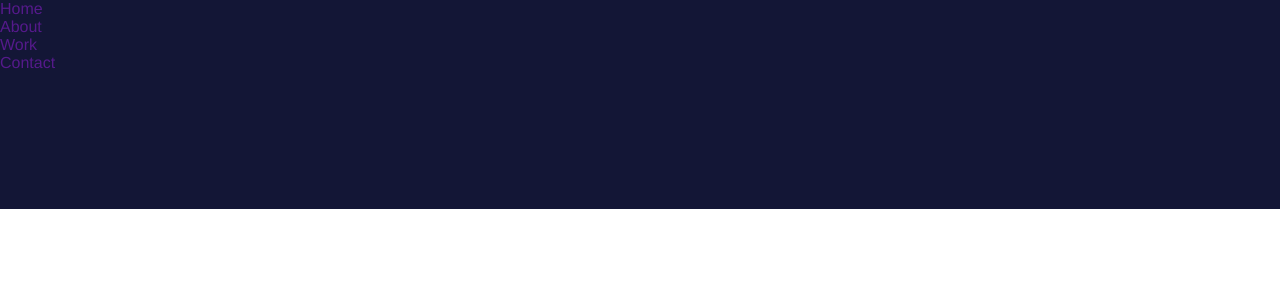
Repository: keloriane/animation-live
Page: /
An editor plug-in stored every save of this project. The page is shown before and after the next save, followed by the edit.
The browser window is 1280 px wide. The pictures show the whole page.
The project was rebuilt for these pictures with package versions that can differ from the ones it lists, and the page was loaded fresh each time.

Above is the page before, as saved 2020-02-18 10:24:20.

After the next save:
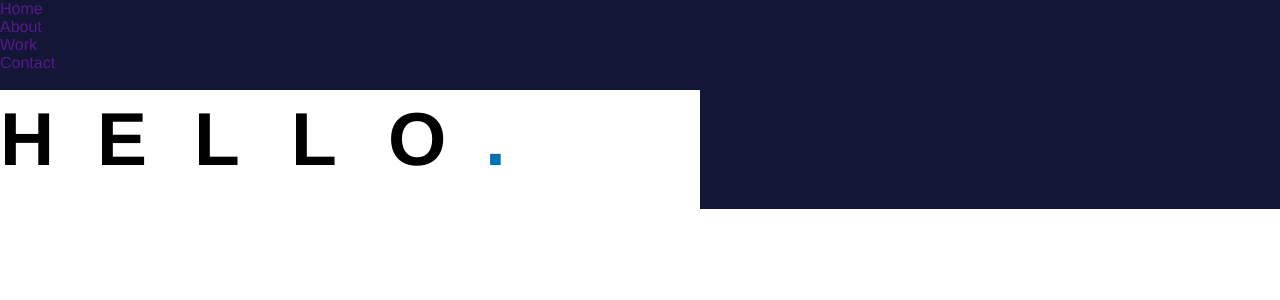
Saved 47 s later.
--- a/src/views/Home.js
+++ b/src/views/Home.js
@@ -15,7 +15,7 @@ const Home = () => {
         tl
         .from(titleWrapper, .6, {x:"-100%",delay:0.5, ease:"expo.inOut"})
         .staggerFrom(letter, .8,{y:100,  ease:"back.inOut(2.9)" },0.1)
-        .to(titleWrapper, .6, {x:"-100%",delay:0.5, ease:"expo.inOut"})
+        // .to(titleWrapper, .6, {x:"-100%",delay:0.5, ease:"expo.inOut"})
 
 
 
